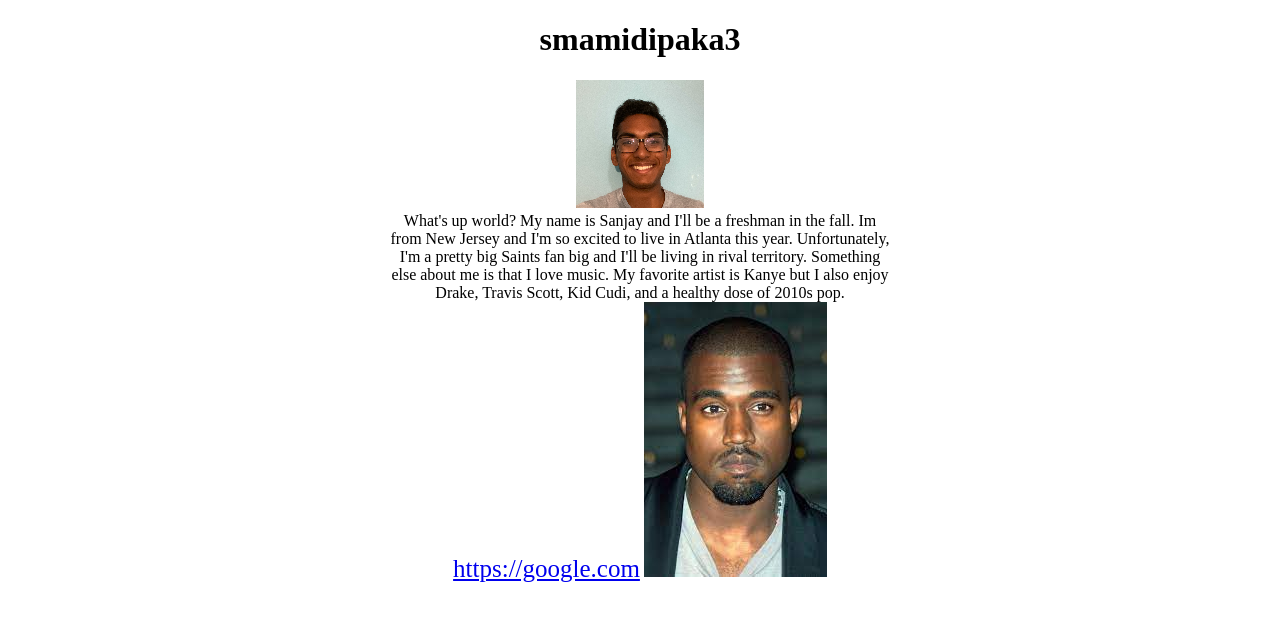
Repository: sanjayMamidipaka/cs1301
Page: lab01/index.html
An editor plug-in stored every save of this project. The page is shown before and after a run of saves, followed by the edit.
The browser window is 1280 px wide. The pictures show the whole page.

Above is the page before, as saved 2021-07-22 16:13:28.

### lab01/index.html
<!DOCTYPE html>

<head>
    <link rel="stylesheet" href="style.css">
  </head>

  <div class = "h1">
    <h1>smamidipaka3</h1>

    <img src="image.png" alt="My Picture">
    <p class = 'description'>
        What's up world? My name is Sanjay and I'll be a freshman in the fall. Im from New Jersey and I'm so excited to live in Atlanta this year.
        Unfortunately, I'm a pretty big Saints fan big and I'll be living in rival territory. Something else about me is that I love music. My favorite artist is Kanye but
        I also enjoy Drake, Travis Scott, Kid Cudi, and a healthy dose of 2010s pop.
    </p>

    <a class = 'link' href="https://google.com">https://google.com</a>

    <a href="https://www.kanyewest.com/" class='kanye'>
        <img src="kanye.jpeg" alt="The GOAT's pic">
    </a>
  </div>

### lab01/style.css
.h1 {
    text-align: center
}

.description {
    width: 500px;
    text-align: center;
    margin: auto;
}

.link {
    font-size: 25px;

}

.kanye {
    height: 70px
}

After the next 2 saves:
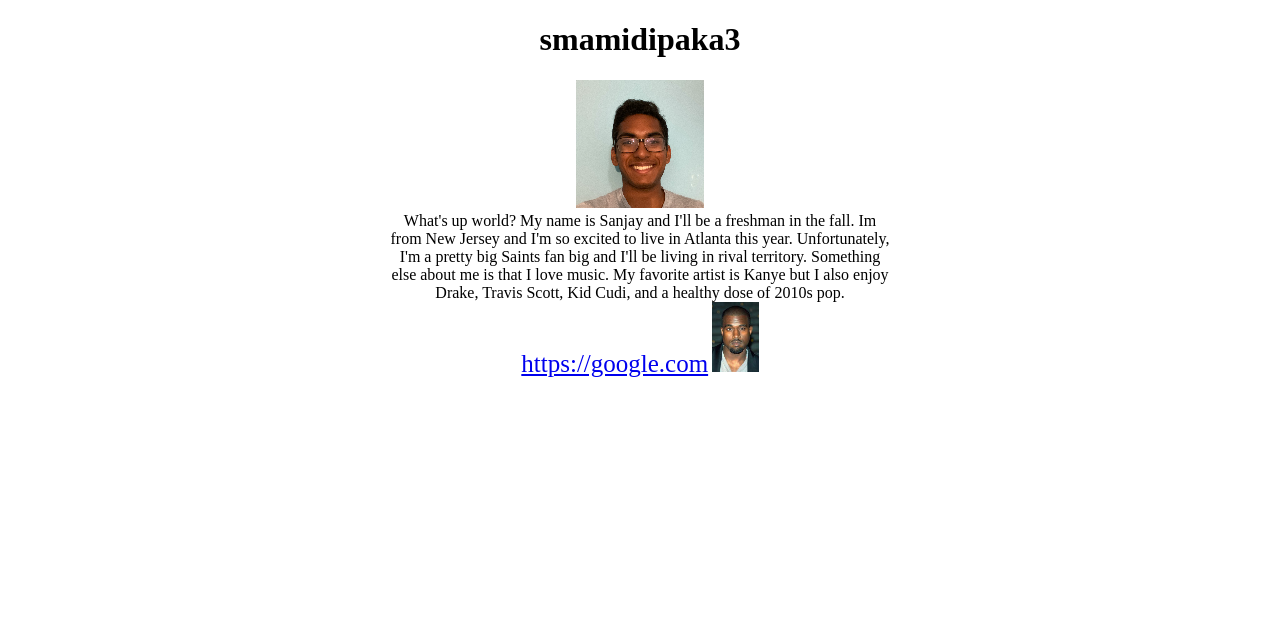
The 2 saves are shown as one change because they came seconds apart.
The last was saved 22 s later.
--- a/lab01/index.html
+++ b/lab01/index.html
@@ -16,7 +16,7 @@
 
     <a class = 'link' href="https://google.com">https://google.com</a>
 
-    <a href="https://www.kanyewest.com/" class='kanye'>
-        <img src="kanye.jpeg" alt="The GOAT's pic">
+    <a href="https://www.kanyewest.com/" >
+        <img class='kanye' src="kanye.jpeg" alt="The GOAT's pic">
     </a>
   </div>
